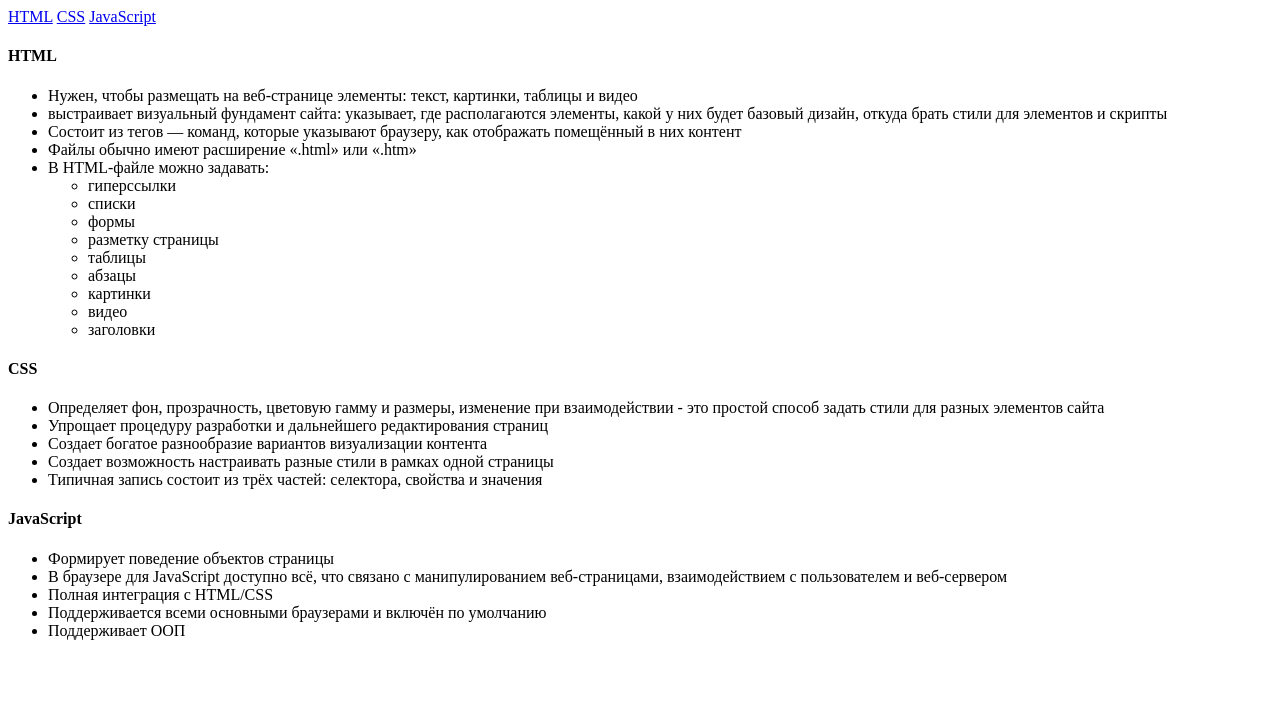
Repository: JonniRed/urban
Page: task1/second_page.html
An editor plug-in stored every save of this project. The page is shown before and after the next save, followed by the edit.
The browser window is 1280 px wide. The pictures show the whole page.

Above is the page before, as saved 2024-09-10 10:59:48.

After the next save:
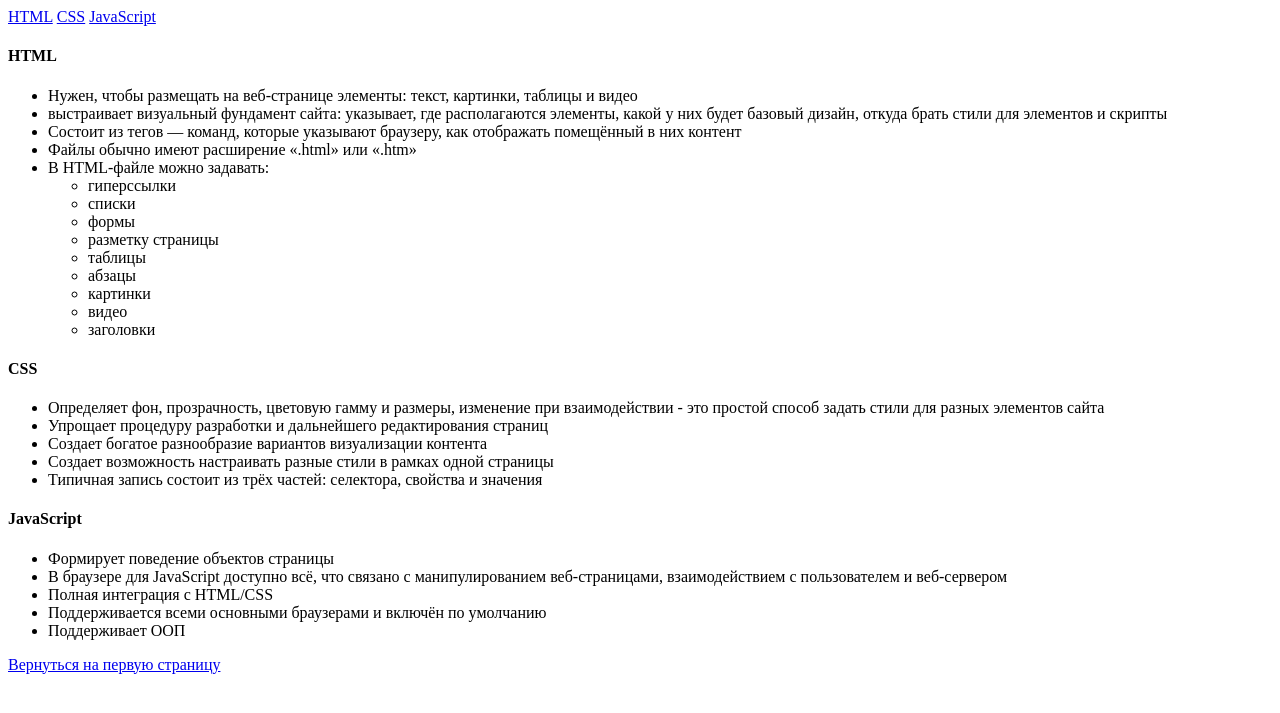
Saved 80 s later.
--- a/task1/second_page.html
+++ b/task1/second_page.html
@@ -59,6 +59,7 @@
     </article>
 
   </div>
+  <a href="./index.html">Вернуться на первую страницу</a>
 </body>
 
 </html>
